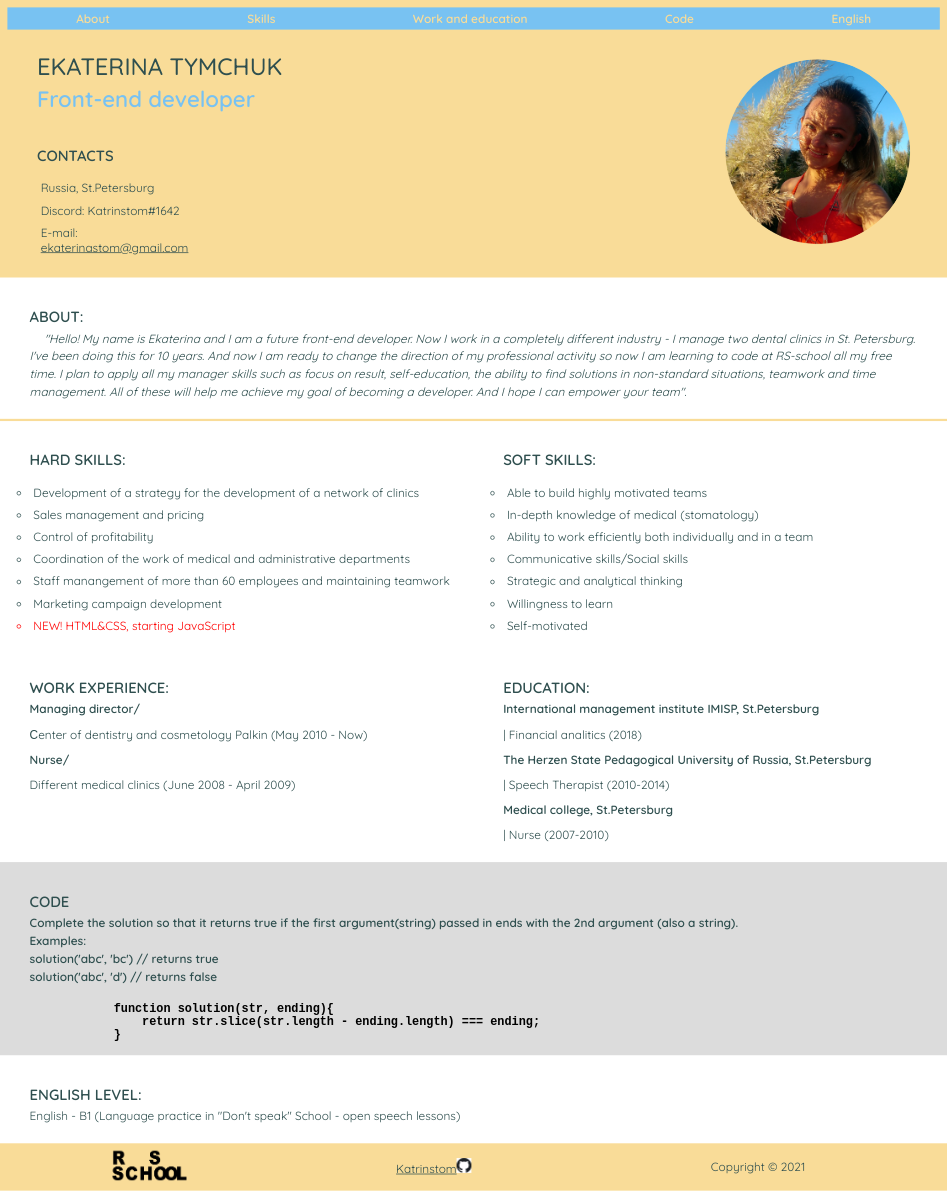
Repository: Katrinstom/rsschool-cv
Page: index.html
An editor plug-in stored every save of this project. The page is shown before and after the next save, followed by the edit.
The browser window is 1280 px wide. The pictures show the whole page, at 74% of full size.

Above is the page before, as saved 2022-01-02 23:59:22.

After the next save:
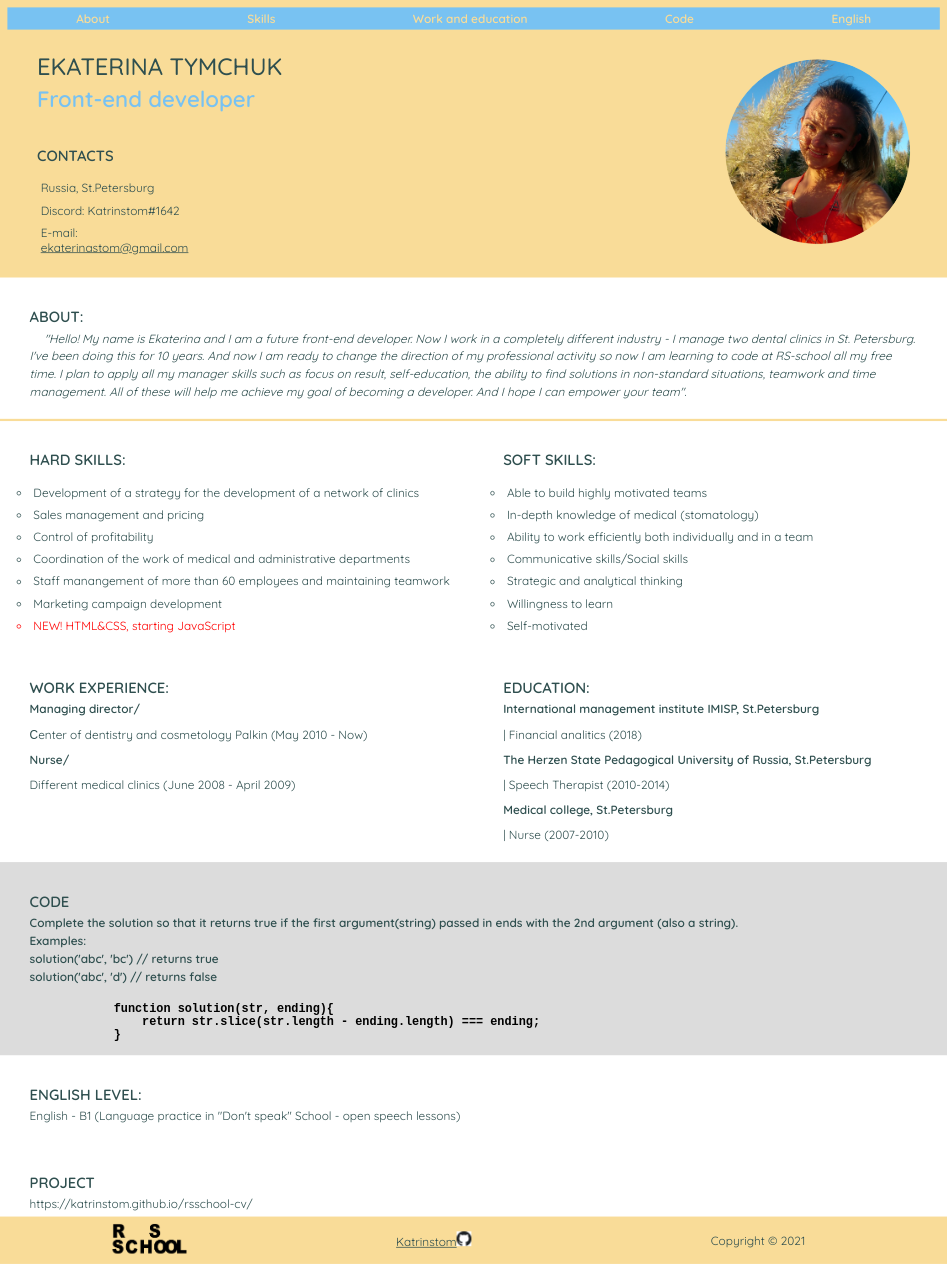
Saved 4 min 5 s later.
--- a/index.html
+++ b/index.html
@@ -100,6 +100,10 @@
             <h4>English level:</h4>
             <p>English - B1 (Language practice in "Don't speak" School - open speech lessons)</p>
             </div>
+            <div class="project">
+            <h4>Project</h4>
+            <p>https://katrinstom.github.io/rsschool-cv/</p>
+            </div>
         </section>
     </main>
         <footer class="footer section">
